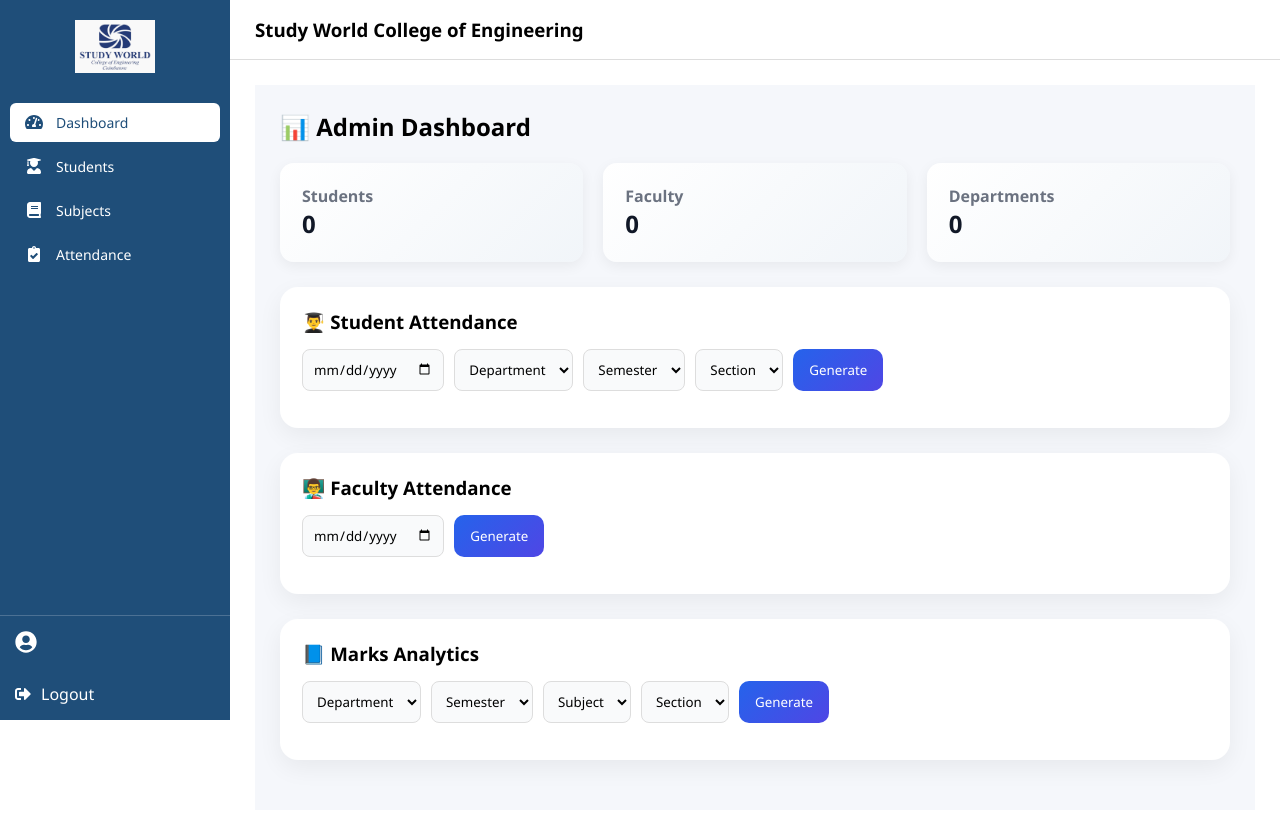
Repository: arthanarieswara/frontend
Page: /dashboard
The author's editor kept a copy of each file at every save. The page is drawn from the files as they stood at one save, then again after the next save.
The browser window is 1280 px wide. The pictures show the whole page.
The page's requests for data from a server got no answer. The project was rebuilt for these pictures with package versions that can differ from the ones it lists, and the page was loaded fresh each time. No one was signed in, and anything a server would have sent is missing. Also part of the build but not shown: vite.config.js, src/pages/auth/Login.jsx, src/pages/departments/Departments.css, src/pages/departments/Departments.jsx, src/pages/students/Students.css, src/pages/students/Students.jsx, src/pages/faculty/Faculty.css, src/pages/faculty/Faculty.jsx and 11 more.

Above is the page before, as saved 2026-04-09 11:58:55.

### index.html
<!doctype html>
<html lang="en">
  <head>
    <meta charset="UTF-8" />
    <link rel="icon" type="image/svg+xml" href="/college-logo.png" />
    <meta name="viewport" content="width=device-width, initial-scale=1.0" />
    <title>SWMS</title>
  </head>
  <body>
    <div id="root"></div>
    <script type="module" src="/src/main.jsx"></script>
  </body>
</html>

### src/App.jsx
import AppRoutes from "./routes/AppRoutes";

function App() {
  return <AppRoutes />;
}

export default App;

### src/routes/AppRoutes.jsx
import { BrowserRouter, Routes, Route } from "react-router-dom";

import Login from "../pages/auth/Login";
import Dashboard from "../pages/dashboard/Dashboard";
import Departments from "../pages/departments/Departments";
import Students from "../pages/students/Students";
import Faculty from "../pages/faculty/Faculty";
import Subjects from "../pages/Subjects/Subjects";
import Attendance from "../pages/Attendance/Attendance";
import Users from "../pages/users/Users";
import UserMapping from "../pages/UserMapping/UserMapping"; // ✅ NEW
import FacultyAttendance from "../pages/faculty/FacultyAttendance";
import Marks from "../pages/marks/Marks";
function AppRoutes() {
  return (
    <BrowserRouter>
      <Routes>
        <Route path="/" element={<Login />} />
        <Route path="/dashboard" element={<Dashboard />} />
        <Route path="/departments" element={<Departments />} />
        <Route path="/students" element={<Students />} />
        <Route path="/faculty" element={<Faculty />} />
        <Route path="/subjects" element={<Subjects />} />
        <Route path="/attendance" element={<Attendance />} />
        <Route path="/users" element={<Users />} />
        <Route path="/faculty-attendance" element={<FacultyAttendance />} />

        {/* ✅ NEW ROUTE */}
        <Route path="/mapping" element={<UserMapping />} />
        <Route path="/marks" element={<Marks />} />
      </Routes>
    </BrowserRouter>
  );
}

export default AppRoutes;

### src/pages/dashboard/Dashboard.jsx
import { useEffect, useState } from "react";
import Layout from "../../components/Layout";
import api from "../../api/api";
import "./Dashboard.css";

function Dashboard() {

  /* ================= GLOBAL ================= */
  const [data, setData] = useState({ students: 0, faculty: 0, departments: 0 });
  const [departments, setDepartments] = useState([]);
  const [subjects, setSubjects] = useState([]);

  /* ================= STUDENT REPORT ================= */
  const [sDate, setSDate] = useState("");
  const [sDepartment, setSDepartment] = useState("");
  const [sSemester, setSSemester] = useState("");
  const [sSection, setSSection] = useState("");
  const [studentSummary, setStudentSummary] = useState(null);

  /* ================= FACULTY REPORT ================= */
  const [fDate, setFDate] = useState("");
  const [facultySummary, setFacultySummary] = useState([]);
  const [facultyTotal, setFacultyTotal] = useState(0);

  /* ================= MARKS REPORT ================= */
  const [mDepartment, setMDepartment] = useState("");
  const [mSemester, setMSemester] = useState("");
  const [mSubject, setMSubject] = useState("");
  const [mSection, setMSection] = useState("");
  const [marksSummary, setMarksSummary] = useState(null);

  /* ================= INIT ================= */
  useEffect(() => {
    fetchDashboard();
    fetchDepartments();
  }, []);

  const fetchDashboard = async () => {
    const res = await api.get("/dashboard/admin");
    setData(res.data);
  };

  const fetchDepartments = async () => {
    const res = await api.get("/departments");
    setDepartments(res.data);
  };

  /* ================= SUBJECT FILTER ================= */
  useEffect(() => {
    if (mDepartment && mSemester) {
      fetchSubjects(mSemester, mDepartment);
    } else {
      setSubjects([]);
      setMSubject("");
    }
  }, [mDepartment, mSemester]);

  const fetchSubjects = async (sem, dept) => {
    const res = await api.get(
      `/subjects/by-semester?semester=${sem}&department_id=${dept}`
    );
    setSubjects(res.data);
  };

  /* ================= STUDENT REPORT ================= */
  const getStudentReport = async () => {
    if (!sDate) return alert("Select date");

    let url = `/attendance/summary?date=${sDate}`;
    if (sDepartment) url += `&department_id=${sDepartment}`;
    if (sSemester) url += `&semester=${sSemester}`;
    if (sSection) url += `&section=${sSection}`;

    const res = await api.get(url);
    setStudentSummary(res.data.data);
  };

  /* ================= FACULTY REPORT ================= */
  const getFacultyReport = async () => {
    if (!fDate) return alert("Select date");

    const res = await api.get(`/faculty-attendance/summary?date=${fDate}`);
    setFacultySummary(res.data.statusSummary);
    setFacultyTotal(res.data.total);
  };

  /* ================= MARKS REPORT ================= */
  const getMarksReport = async () => {
    if (!mDepartment || !mSemester || !mSubject) {
      return alert("Select Department, Semester & Subject");
    }

    let url = `/marks/report?semester=${mSemester}&subject_id=${mSubject}&department_id=${mDepartment}`;
    if (mSection) url += `&section=${mSection}`;

    const res = await api.get(url);

    const d = res.data;

    setMarksSummary({
      average: Number(d.average || 0),
      highest: Number(d.highest || 0),
      lowest: Number(d.lowest || 0),
      total: Number(d.total || 0),
      pass: Number(d.pass_count || 0),
      fail: Number(d.fail_count || 0),
      absent: Number(d.absent_count || 0),
    });
  };

  return (
    <Layout>
      <div className="dashboard">

        <h2 className="dashboard-title">📊 Admin Dashboard</h2>

        {/* ================= STATS ================= */}
        <div className="stats-grid">
          <div className="stat-card"><h4>Students</h4><p>{data.students}</p></div>
          <div className="stat-card"><h4>Faculty</h4><p>{data.faculty}</p></div>
          <div className="stat-card"><h4>Departments</h4><p>{data.departments}</p></div>
        </div>

        {/* ================= STUDENT REPORT ================= */}
        <div className="section-card">
          <h3>👨‍🎓 Student Attendance</h3>

          <div className="filters">
            <input type="date" value={sDate} onChange={(e) => setSDate(e.target.value)} />

            <select value={sDepartment} onChange={(e) => setSDepartment(e.target.value)}>
              <option value="">Department</option>
              {departments.map(d => <option key={d.id} value={d.id}>{d.name}</option>)}
            </select>

            <select value={sSemester} onChange={(e) => setSSemester(e.target.value)}>
              <option value="">Semester</option>
              {[1,2,3,4,5,6,7,8].map(s => <option key={s} value={s}>Sem {s}</option>)}
            </select>

            <select value={sSection} onChange={(e) => setSSection(e.target.value)}>
              <option value="">Section</option>
              <option value="A">A</option>
              <option value="B">B</option>
            </select>

            <button className="primary-btn" onClick={getStudentReport}>Generate</button>
          </div>

          {studentSummary && (
            <div className="report-grid">
              <div className="report-card present"><h4>Present</h4><p>{studentSummary.present_count}</p></div>
              <div className="report-card absent"><h4>Absent</h4><p>{studentSummary.absent_count}</p></div>
              <div className="report-card total"><h4>Total</h4><p>{studentSummary.total_students}</p></div>
            </div>
          )}
        </div>

        {/* ================= FACULTY REPORT ================= */}
        <div className="section-card">
          <h3>👨‍🏫 Faculty Attendance</h3>

          <div className="filters">
            <input type="date" value={fDate} onChange={(e) => setFDate(e.target.value)} />
            <button className="primary-btn" onClick={getFacultyReport}>Generate</button>
          </div>

          {facultySummary.length > 0 && (
            <div className="report-grid">
              {facultySummary.map((f, i) => (
                <div key={i} className="report-card">
                  <h4>{f.status}</h4>
                  <p>{f.count}</p>
                </div>
              ))}
              <div className="report-card total"><h4>Total</h4><p>{facultyTotal}</p></div>
            </div>
          )}
        </div>

        {/* ================= MARKS REPORT ================= */}
        <div className="section-card">
          <h3>📘 Marks Analytics</h3>

          <div className="filters modern-filters">
            <select value={mDepartment} onChange={(e) => setMDepartment(e.target.value)}>
              <option value="">Department</option>
              {departments.map(d => <option key={d.id} value={d.id}>{d.name}</option>)}
            </select>

            <select value={mSemester} onChange={(e) => setMSemester(e.target.value)}>
              <option value="">Semester</option>
              {[1,2,3,4,5,6,7,8].map(s => <option key={s} value={s}>Sem {s}</option>)}
            </select>

            <select value={mSubject} onChange={(e) => setMSubject(e.target.value)}>
              <option value="">Subject</option>
              {subjects.map(s => (
                <option key={s.id} value={s.id}>{s.code} - {s.name}</option>
              ))}
            </select>

            <select value={mSection} onChange={(e) => setMSection(e.target.value)}>
              <option value="">Section</option>
              <option value="A">A</option>
              <option value="B">B</option>
            </select>

            <button className="primary-btn" onClick={getMarksReport}>Generate</button>
          </div>

          {marksSummary && (
            <div className="marks-grid">
              <div className="card stat"><h4>Average</h4><p>{marksSummary.average}</p></div>
              <div className="card stat"><h4>Highest</h4><p>{marksSummary.highest}</p></div>
              <div className="card stat"><h4>Lowest</h4><p>{marksSummary.lowest}</p></div>
              <div className="card total"><h4>Total</h4><p>{marksSummary.total}</p></div>
              <div className="card pass"><h4>Pass</h4><p>{marksSummary.pass}</p></div>
              <div className="card fail"><h4>Fail</h4><p>{marksSummary.fail}</p></div>
              <div className="card absent"><h4>Absent</h4><p>{marksSummary.absent}</p></div>
            </div>
          )}
        </div>

      </div>
    </Layout>
  );
}

export default Dashboard;

### src/pages/auth/Login.css
*{
  margin:0;
  padding:0;
  box-sizing:border-box;
  font-family:"Segoe UI",sans-serif;
}

/* ANIMATED BACKGROUND */

.login-wrapper{
  height:100vh;
  display:flex;
  justify-content:center;
  align-items:center;
  background:linear-gradient(270deg,#0f4c81,#3a8bfd,#1a6ed8);
  background-size:600% 600%;
  animation:gradientBG 10s ease infinite;
}

@keyframes gradientBG{
  0%{background-position:0% 50%}
  50%{background-position:100% 50%}
  100%{background-position:0% 50%}
}

/* LOGIN CARD */

.login-card{
  width:420px;
  padding:40px;
  border-radius:12px;
  background:rgba(255,255,255,0.15);
  backdrop-filter:blur(15px);
  box-shadow:0 15px 40px rgba(0,0,0,0.3);
  text-align:center;
  color:white;
}

/* COLLEGE HEADER */

.college-logo{
  width:70px;
  margin-bottom:10px;
}

.college-header h1{
  font-size:20px;
  margin-bottom:5px;
}

.college-header p{
 font-size:13px;
  opacity:0.9;
}

.college-header span{
  font-size:12px;
  opacity:0.8;
}

.college-header{
  margin-bottom:30px;
}

/* INPUT GROUP */

.input-group{

  position:relative;
  margin-bottom:20px;
}

.input-group input{
  width:100%;
  padding:12px;
  border:none;
  border-radius:6px;
  outline:none;
  font-size:14px;
}

/* FLOATING LABEL */

.input-group label{
  position:absolute;
  left:12px;
  top:50%;
  transform:translateY(-50%);
  color:#000000;
  font-size:14px;
  pointer-events:none;
  transition:0.3s;
}

.input-group input:focus + label,
.input-group input:not(:placeholder-shown) + label{
  top:-8px;
  /* background:white; */
  padding:0 5px;
  font-size:15px;
  color:white;
}

/* PASSWORD ICON */

.password-group{
 position:relative;
}

.eye-icon{
  position:absolute;
  right:10px;
  top:50%;
  transform:translateY(-50%);
  cursor:pointer;
  color:#444;
}

/* BUTTON */

.login-btn{
  width:100%;
  padding:12px;
  border:none;
  border-radius:6px;
  background:white;
  color:#0f4c81;
  font-size:16px;
  font-weight:bold;
  cursor:pointer;
  transition:all 0.3s;
}

.login-btn:hover{
  transform:translateY(-2px);
  box-shadow:0 5px 15px rgba(0,0,0,0.3);
}

### src/components/Layout.jsx
import { useState } from "react";
import Sidebar from "./Sidebar";
import Navbar from "./Navbar";

function Layout({ children }) {

  const [collapsed,setCollapsed] = useState(false);

  return (

    <div style={{display:"flex"}}>

      <Sidebar collapsed={collapsed} />

      <div style={{flex:1}}>

        <Navbar toggleSidebar={()=>setCollapsed(!collapsed)} />

        <div style={{padding:"25px"}}>
          {children}
        </div>

      </div>

    </div>

  );

}

export default Layout;

### src/pages/marks/Marks.css
.marks-container {
  padding: 25px;
  background: #f5f7fb;
}

.page-title {
  margin-bottom: 20px;
}

/* FILTER CARD */
.filter-card {
  display: flex;
  gap: 12px;
  flex-wrap: wrap;
  background: white;
  padding: 18px;
  border-radius: 14px;
  box-shadow: 0 4px 18px rgba(0,0,0,0.06);
  margin-bottom: 20px;
}

.filter-card select,
.filter-card input {
  padding: 10px;
  border-radius: 8px;
  border: 1px solid #ddd;
  background: #f9fafb;
}

.filter-card select:focus,
.filter-card input:focus {
  border-color: #2563eb;
  outline: none;
  background: white;
}

/* BUTTON */
.primary-btn {
  background: linear-gradient(135deg, #2563eb, #4f46e5);
  color: white;
  padding: 10px 16px;
  border-radius: 10px;
  border: none;
  cursor: pointer;
}

.primary-btn:hover {
  transform: scale(1.05);
}

/* TABLE CARD */
.table-card {
  background: white;
  padding: 20px;
  border-radius: 16px;
  box-shadow: 0 6px 20px rgba(0,0,0,0.06);
}

/* TABLE */
.marks-table {
  width: 100%;
  border-collapse: collapse;
}

.marks-table th {
  background: #2563eb;
  color: white;
  padding: 10px;
}

.marks-table td {
  padding: 10px;
  border-bottom: 1px solid #eee;
}

/* INPUT */
.mark-input {
  width: 80px;
  padding: 6px;
  border-radius: 6px;
  border: 1px solid #ccc;
}

/* SAVE BUTTON */
.save-btn {
  margin-top: 15px;
  background: #16a34a;
  color: white;
  padding: 10px 18px;
  border-radius: 10px;
  border: none;
  cursor: pointer;
}

.save-btn:hover {
  background: #15803d;
}

### src/components/Sidebar.jsx
import { NavLink, useNavigate } from "react-router-dom";
import {
  FaTachometerAlt,
  FaUniversity,
  FaUserGraduate,
  FaChalkboardTeacher,
  FaBook,
  FaClipboardCheck,
  FaSignOutAlt,
  FaUserCircle,
  FaUsers,
  FaProjectDiagram,

} from "react-icons/fa";

import "./Sidebar.css";

function Sidebar({ collapsed }) {
  const navigate = useNavigate();

  const user = JSON.parse(localStorage.getItem("user"));
  const role = user?.role;

  const handleLogout = () => {
    localStorage.removeItem("token");
    localStorage.removeItem("user");
    navigate("/");
  };

  return (
    <div className="main-content">
      <div className={`sidebar ${collapsed ? "collapsed" : ""}`}>
        <div className="sidebar-header">
          <img src="/college-logo.png" className="sidebar-logo" />
        </div>

        <nav className="menu">
          {/* COMMON (ADMIN + FACULTY) */}
          <NavLink to="/dashboard" className="menu-item">
            <FaTachometerAlt />
            <span>Dashboard</span>
          </NavLink>

          <NavLink to="/students" className="menu-item">
            <FaUserGraduate />
            <span>Students</span>
          </NavLink>

          <NavLink to="/subjects" className="menu-item">
            <FaBook />
            <span>Subjects</span>
          </NavLink>

          <NavLink to="/attendance" className="menu-item">
            <FaClipboardCheck />
            <span>Attendance</span>
          </NavLink>

          {/* ADMIN ONLY */}
          {role === "Admin" && (
            <>
              <NavLink to="/departments" className="menu-item">
                <FaUniversity />
                <span>Departments</span>
              </NavLink>

              <NavLink to="/faculty" className="menu-item">
                <FaChalkboardTeacher />
                <span>Faculty</span>
              </NavLink>

              <NavLink to="/users" className="menu-item">
                <FaUsers />
                <span>Users</span>
              </NavLink>

              <NavLink to="/mapping" className="menu-item">
                <FaProjectDiagram />
                <span>Mapping</span>
              </NavLink>

              <NavLink to="/faculty-attendance" className="menu-item">
                <FaClipboardCheck />
                <span>Faculty Attendance</span>
              </NavLink>

              <NavLink to="/marks" className="menu-item">
                <FaClipboardCheck />
                <span>Marks</span>
              </NavLink>


            </>
          )}
        </nav>

        {/* PROFILE + LOGOUT */}

        <div className="bottom-section">
          <div className="profile">
            <FaUserCircle className="profile-icon" />
            <span>{role}</span>
          </div>

          <div className="logout" onClick={handleLogout}>
            <FaSignOutAlt />
            <span>Logout</span>
          </div>
        </div>
      </div>
    </div>
  );
}

export default Sidebar;

### src/components/Navbar.jsx
import { FaBars } from "react-icons/fa";
import "./Navbar.css";

function Navbar({ toggleSidebar }) {

    return (

        <div className="navbar">

            {/* <FaBars className="toggle-btn" onClick={toggleSidebar} /> */}

            <h3>Study World College of Engineering</h3>

        </div>

    )

}

export default Navbar;

### src/components/Sidebar.css
.sidebar {
  width: 230px;
  height: 100vh;
  background: #1f4e79;
  color: white;
  display: flex;
  flex-direction: column;
  justify-content: space-between;
  position: fixed;
  left: 0;
  top: 0;
}

/* HEADER */

.sidebar-header {
  display: flex;
  justify-content: center;
  align-items: center;
  padding: 20px 10px;
}

.sidebar-logo {
  width: 80px;
  object-fit: contain;
}

/* MENU */

.menu {
  display: flex;
  flex-direction: column;
  gap: 5px;
  padding: 10px;
}

/* MENU ITEM */

.menu-item {
  display: flex;
  align-items: center;
  gap: 12px;
  padding: 10px 14px;
  color: white;
  text-decoration: none;
  border-radius: 6px;
  transition: 0.3s;
  font-size: 14px;
}

.menu-item svg {
  font-size: 16px;
  min-width: 20px;
}

.menu-item:hover {
  background: rgba(255, 255, 255, 0.15);
}

.menu-item.active {
  background: white;
  color: #1f4e79;
}

/* PUSH BOTTOM SECTION DOWN */

.bottom-section {
  margin-top: auto;
}

/* PROFILE */

.profile {
  display: flex;
  align-items: center;
  gap: 10px;
  padding: 15px;
  border-top: 1px solid rgba(255, 255, 255, 0.2);
}

.profile-icon {
  font-size: 22px;
}

/* LOGOUT */

.logout {
  display: flex;
  align-items: center;
  gap: 10px;
  padding: 15px;
  cursor: pointer;
  transition: 0.3s;
}

.logout:hover {
  background: rgba(255, 0, 0, 0.2);
}

.main-content {
  margin-left: 190px; /* SAME AS SIDEBAR WIDTH */
  padding: 20px;
}

### src/components/Navbar.css
.navbar{
  height:60px;
  background:white;
  border-bottom:1px solid #ddd;
  display:flex;
  align-items:center;
  padding:0 25px;
}

Loaded but not shown: src/main.jsx (common file); src/api/api.js (18 lines, source omitted); src/pages/dashboard/Dashboard.css (231 lines, source omitted)

After the next save:
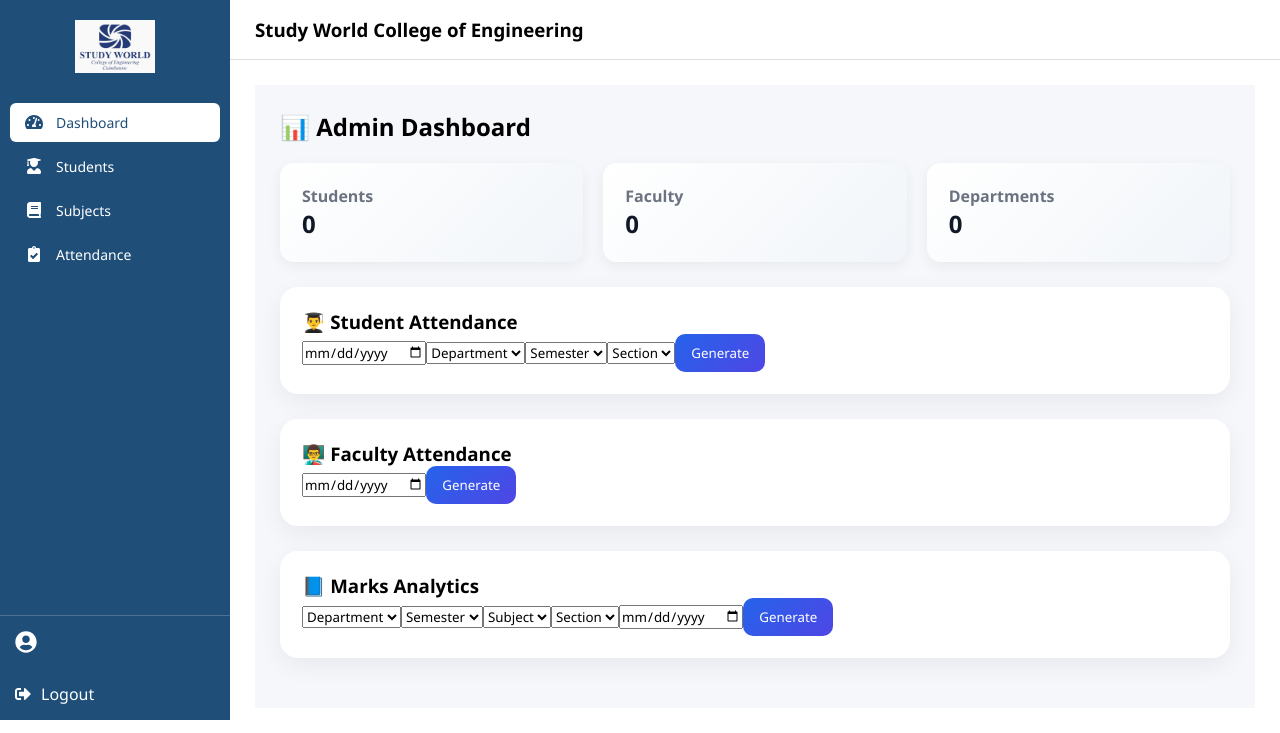
Saved 44 min 6 s later.
--- a/src/pages/dashboard/Dashboard.jsx
+++ b/src/pages/dashboard/Dashboard.jsx
@@ -10,23 +10,24 @@ function Dashboard() {
   const [departments, setDepartments] = useState([]);
   const [subjects, setSubjects] = useState([]);
 
-  /* ================= STUDENT REPORT ================= */
+  /* ================= STUDENT ================= */
   const [sDate, setSDate] = useState("");
   const [sDepartment, setSDepartment] = useState("");
   const [sSemester, setSSemester] = useState("");
   const [sSection, setSSection] = useState("");
   const [studentSummary, setStudentSummary] = useState(null);
 
-  /* ================= FACULTY REPORT ================= */
+  /* ================= FACULTY ================= */
   const [fDate, setFDate] = useState("");
   const [facultySummary, setFacultySummary] = useState([]);
   const [facultyTotal, setFacultyTotal] = useState(0);
 
-  /* ================= MARKS REPORT ================= */
+  /* ================= MARKS ================= */
   const [mDepartment, setMDepartment] = useState("");
   const [mSemester, setMSemester] = useState("");
   const [mSubject, setMSubject] = useState("");
   const [mSection, setMSection] = useState("");
+  const [mDate, setMDate] = useState("");
   const [marksSummary, setMarksSummary] = useState(null);
 
   /* ================= INIT ================= */
@@ -91,7 +92,9 @@ function Dashboard() {
     }
 
     let url = `/marks/report?semester=${mSemester}&subject_id=${mSubject}&department_id=${mDepartment}`;
+
     if (mSection) url += `&section=${mSection}`;
+    if (mDate) url += `&exam_date=${mDate}`;
 
     const res = await api.get(url);
 
@@ -121,11 +124,11 @@ function Dashboard() {
           <div className="stat-card"><h4>Departments</h4><p>{data.departments}</p></div>
         </div>
 
-        {/* ================= STUDENT REPORT ================= */}
+        {/* ================= STUDENT ================= */}
         <div className="section-card">
           <h3>👨‍🎓 Student Attendance</h3>
 
-          <div className="filters">
+          <div className="filter-group">
             <input type="date" value={sDate} onChange={(e) => setSDate(e.target.value)} />
 
             <select value={sDepartment} onChange={(e) => setSDepartment(e.target.value)}>
@@ -156,11 +159,11 @@ function Dashboard() {
           )}
         </div>
 
-        {/* ================= FACULTY REPORT ================= */}
+        {/* ================= FACULTY ================= */}
         <div className="section-card">
           <h3>👨‍🏫 Faculty Attendance</h3>
 
-          <div className="filters">
+          <div className="filter-group">
             <input type="date" value={fDate} onChange={(e) => setFDate(e.target.value)} />
             <button className="primary-btn" onClick={getFacultyReport}>Generate</button>
           </div>
@@ -178,11 +181,12 @@ function Dashboard() {
           )}
         </div>
 
-        {/* ================= MARKS REPORT ================= */}
+        {/* ================= MARKS ================= */}
         <div className="section-card">
           <h3>📘 Marks Analytics</h3>
 
-          <div className="filters modern-filters">
+          <div className="filter-group">
+
             <select value={mDepartment} onChange={(e) => setMDepartment(e.target.value)}>
               <option value="">Department</option>
               {departments.map(d => <option key={d.id} value={d.id}>{d.name}</option>)}
@@ -205,6 +209,8 @@ function Dashboard() {
               <option value="A">A</option>
               <option value="B">B</option>
             </select>
+
+            <input type="date" value={mDate} onChange={(e) => setMDate(e.target.value)} />
 
             <button className="primary-btn" onClick={getMarksReport}>Generate</button>
           </div>
@@ -220,6 +226,7 @@ function Dashboard() {
               <div className="card absent"><h4>Absent</h4><p>{marksSummary.absent}</p></div>
             </div>
           )}
+
         </div>
 
       </div>
